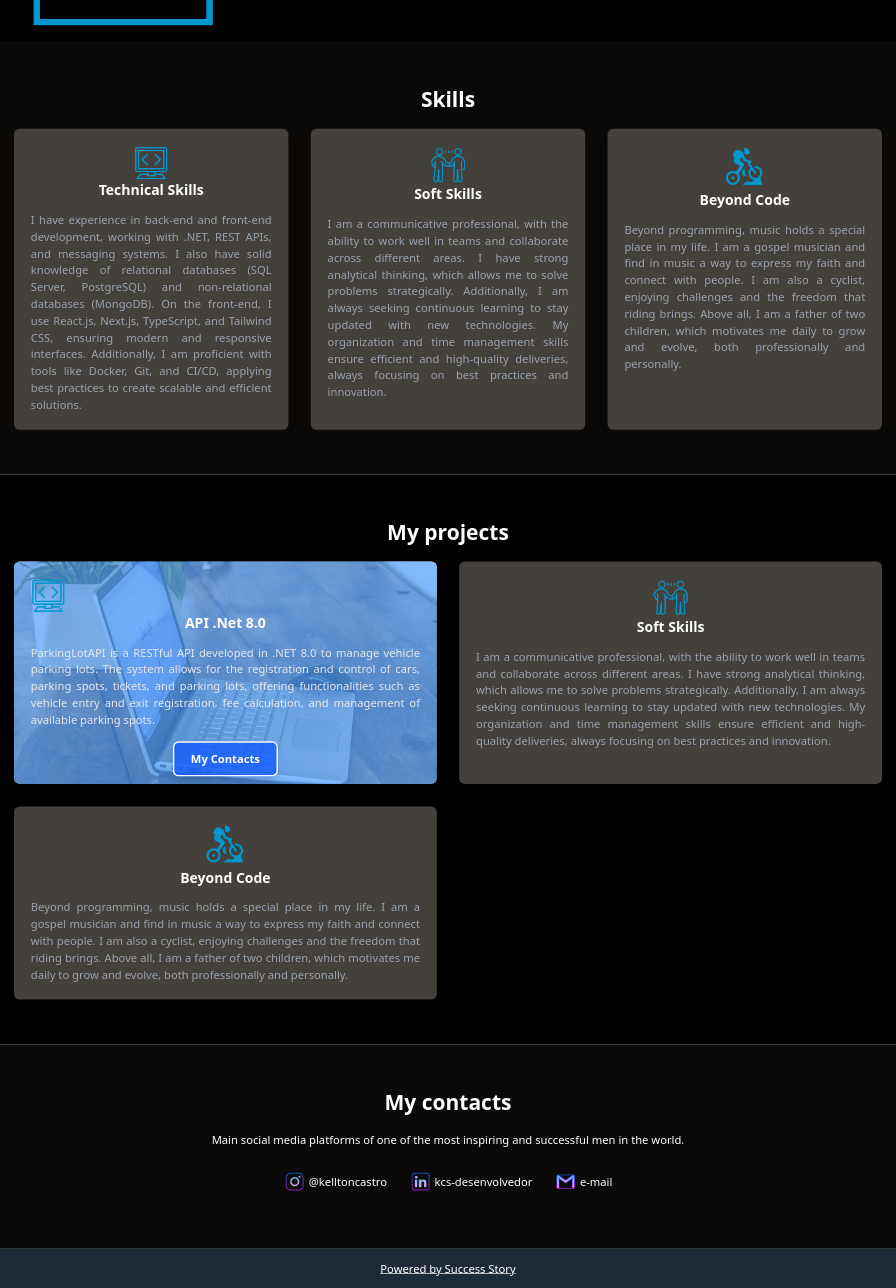
Repository: kcsdesenvolvedor/portfolio
Page: src/index.html
The author's editor kept a copy of each file at every save. The page is drawn from the files as they stood at one save, then again after the next save.
The browser window is 1280 px wide. The pictures show the part of the page from y = 910 to 2830 px (the page is 2750 px tall before and 2830 px after), at 70% of full size.

Above is the page before, as saved 2025-03-04 16:27:06.
Console error: TypeError: Cannot read properties of null (reading 'textContent')

### src/index.html
<!DOCTYPE html>
<html lang="en">
<head>
    <meta charset="UTF-8">
    <meta name="viewport" content="width=device-width, initial-scale=1.0">
    <link rel="icon" href="./img/favicon.png" type="image/x-icon">
    <link href="./output.css" rel="stylesheet">
    <title>Mansour-Page</title>
    <style>
        .typing-container {
        font-family: 'Courier New', monospace;
        font-size: 24px;
        color: #333;
        white-space: nowrap;
        overflow: hidden;
        border-right: 2px solid black;
        display: inline-block;
        animation: blink-caret 0.7s step-end infinite;
        }

        #typing-text {
            height: 40px;
        }

        @keyframes blink-caret {
        from, to {
            border-color: transparent;
        }
        50% {
            border-color: black;
        }
        }


        @keyframes fadeIn {
            from {
                opacity: 0;
                transform: translateY(20px);
            }
            to {
                opacity: 1;
                transform: translateY(0);
            }
        }

        .fade-in {
            animation: fadeIn 1s ease-in-out;
        }
    </style>
</head>
<body class="bg-gray-100 font-sans">
    <header>
        <nav class="fixed top-0 z-50 w-full px-4 py-4 flex justify-between items-center bg-stone-950">
            <a class="text-3xl font-bold leading-none" href="#">
                <img class="w-16" src="./img/logo.png" alt="">
            </a>
            <div class="lg:hidden">
                <button class="navbar-burger flex items-center text-blue-600 p-3">
                    <svg class="block h-4 w-4 fill-current" viewBox="0 0 20 20" xmlns="http://www.w3.org/2000/svg">
                        <title>Mobile menu</title>
                        <path d="M0 3h20v2H0V3zm0 6h20v2H0V9zm0 6h20v2H0v-2z"></path>
                    </svg>
                </button>
            </div>
            <ul class="hidden absolute top-1/2 left-1/2 transform -translate-y-1/2 -translate-x-1/2 lg:mx-auto lg:flex lg:items-center lg:w-auto lg:space-x-20">
                <li><a class="text-sm text-blue-600/80 dark:text-sky-400/80 hover:text-white" href="#home">Home</a></li>
                <li><a class="text-sm text-blue-600/80 dark:text-sky-400/80 hover:text-white" href="#about">About Me</a></li>
                <li><a class="text-sm text-blue-600/80 dark:text-sky-400/80 hover:text-white" href="#achievements">Achievements</a></li>
                <li><a class="text-sm text-blue-600/80 dark:text-sky-400/80 hover:text-white" href="#contact">My Contacts</a></li>
            </ul>
        </nav>
        <div class="navbar-menu fixed top-0 z-50 w-full hidden">
            <div class="navbar-backdrop fixed inset-0 bg-gray-800 opacity-25"></div>
            <nav class="fixed top-0 left-0 bottom-0 flex flex-col w-5/6 max-w-sm py-6 px-6 bg-white border-r overflow-y-auto">
                <div class="flex items-center mb-8">
                    <a class="mr-auto text-3xl font-bold leading-none" href="#">
                        <img class="w-16" src="./img/logo.png" alt="">
                    </a>
                    <button class="navbar-close">
                        <svg class="h-6 w-6 text-gray-400 cursor-pointer hover:text-gray-500" xmlns="http://www.w3.org/2000/svg" fill="none" viewBox="0 0 24 24" stroke="currentColor">
                            <path stroke-linecap="round" stroke-linejoin="round" stroke-width="2" d="M6 18L18 6M6 6l12 12"></path>
                        </svg>
                    </button>
                </div>
                <div>
                    <ul>
                        <li class="mb-1">
                            <a class="navbar-itemMenu block p-4 text-sm font-semibold text-gray-400 hover:bg-blue-50 hover:text-blue-600 rounded" href="#home">Home</a>
                        </li>
                        <li class="mb-1">
                            <a class="navbar-itemMenu block p-4 text-sm font-semibold text-gray-400 hover:bg-blue-50 hover:text-blue-600 rounded" href="#about">About Me</a>
                        </li>
                        <li class="mb-1">
                            <a class="navbar-itemMenu block p-4 text-sm font-semibold text-gray-400 hover:bg-blue-50 hover:text-blue-600 rounded" href="#achievements">Achievements</a>
                        </li>
                        <li class="mb-1">
                            <a class="navbar-itemMenu block p-4 text-sm font-semibold text-gray-400 hover:bg-blue-50 hover:text-blue-600 rounded" href="#contact">My Contacts</a>
                        </li>
                        <li>
                            <div class="border-t-2">
                                <a class="navbar-itemMenu block p-4 text-sm font-semibold text-gray-400 hover:bg-blue-50 hover:text-blue-600 rounded" href="https://kcode2025.github.io/sucess-history" target="_blank">Success Story</a>
                            </div>
                        </li>
                    </ul>
                </div>
                <div class="mt-auto">

                    <a href="https://kcode2025.github.io/sucess-history" target="_blank">
                        <p class="my-4 text-xs text-center text-gray-400">
                            Powered by Success Story
                        </p>
                    </a>
                </div>
            </nav>
        </div>
    </header>


    <!-- Home Section -->
    <section id="home" class="flex flex-col-reverse lg:flex-row lg:justify-around justify-between bg-stone-950 text-white text-center pt-20 lg:pb-0 pb-5 px-10 fade-in">
        <!-- Div do texto -->
        <div class="self-center w-full flex items-center justify-center">
            <div class="flex flex-col lg:w-2/4"> <!-- Ajuste essa div para ocupar 100% da largura -->
                <p class="text-md text-left">
                    Hello!
                </p>
                <p class="text-3xl text-blue-600/80 dark:text-sky-400/80 text-left font-semibold">
                    I´m Kellton Castro
                </p>
                <p class="text-lg text-gray-400 text-left font-semibold mb-2">
                    Freelance developer & Web Designer
                </p>
                <p class="text-xs text-gray-400 text-left font-semibold mb-8">
                    Welcome to my portfolio! Here you will find some of the projects I have developed throughout my journey as a developer and freelancer.
                </p>
                <a href="#contact" class="bg-blue-600/80 dark:bg-sky-400/80 text-white font-bold w-2/4 py-3 px-6 border-2 rounded-lg shadow-lg hover:bg-black hover:text-blue-600/80 hover:dark:text-sky-400/80 hover:border-blue-600/80 hover:dark:border-sky-400/80 hover:border-2 transition delay-150 duration-300 ease-in-out">
                    My Contacts
                </a>
            </div>
        </div>

        <!-- Div da imagem -->
        <div class="flex justify-center lg:justify-end lg:w-2/4">
            <img class="min-w-2/4 object-contain" src="./img/perfil-portfolio2.png">
        </div>
    </section>

    <!-- Sobre -->
    <section id="about" class="flex flex-col lg:flex-row items-center justify-center space-y-10 lg:space-y-0 lg:space-x-20 py-16 bg-black border-r-gray-900 fade-in">
        <div class="relative flex justify-center">
            <!-- Moldura (posição de fundo) -->
            <img src="./img/moldura.png" class="w-3xs h-3xs absolute -left-5 top-5 lg:-left-10 lg:top-10" alt="moldura do perfil">

            <!-- Imagem de perfil (fica por cima) -->
            <img src="./img/perfil-portfolio1.png" class="w-3xs h-3xs relative z-10" alt="meu perfil">
        </div>
        <div class="px-5 w-full lg:w-3xl text-center lg:text-left">
            <h3 class="text-3xl text-white font-bold mb-2">About me</h3>
            <div class="w-20 h-0.5 bg-blue-600/80 dark:bg-sky-400/80 mb-3 mx-auto lg:mx-0"></div>
            <p class="text-gray-400 text-left w-full mb-8">
                I am a developer with 4 years of experience, working both in the corporate market and as a freelancer. Graduated in Systems Analysis and Development, I have experience in back-end and front-end development, contributing to the creation of efficient and scalable solutions. My approach involves continuous learning, always striving to keep up with new technologies and industry trends. I have a strong commitment to code quality, usability, and performance, ensuring that each delivered project adds value and innovation.
            </p>
            <div class="flex flex-col lg:flex-row w-full lg:w-2/4 gap-4">
                <a href="#contact" class="bg-blue-600/80 dark:bg-sky-400/80 text-center text-white font-bold w-full lg:w-2/4 py-3 px-6 border-2 rounded-lg shadow-lg hover:bg-black hover:text-blue-600/80 hover:dark:text-sky-400/80 hover:border-blue-600/80 hover:dark:border-sky-400/80 hover:border-2 transition delay-150 duration-300 ease-in-out">
                    My Contacts
                </a>
                <a href="#contact" class="bg-black text-center border-blue-600/80 dark:border-sky-400/80 text-blue-600/80 dark:text-sky-400/80 font-bold w-full lg:w-2/4 py-3 px-6 border-2 rounded-lg shadow-lg hover:text-white hover:border-white hover:border-2 transition delay-150 duration-300 ease-in-out">
                    Download CV
                </a>
            </div>
        </div>
    </section>



    <!-- Skills -->
    <section id="achievements" class="py-16 bg-stone-950 fade-in">
        <div class="container mx-auto text-center">
            <h3 class="text-3xl text-white font-bold mb-6">Skills</h3>
            <div class="px-5 grid grid-cols-1 md:grid-cols-3 gap-8">
                <div class="flex flex-col items-center bg-stone-700 p-6 rounded-lg shadow-lg transition delay-150 duration-300 transform hover:scale-105 hover:shadow-xl">
                    <img src="./img/hard-skills.png" alt="image hard skills">
                    <h4 class="text-xl text-white font-bold mb-4">Technical Skills</h4>
                    <p class="text-gray-400 text-justify">I have experience in back-end and front-end development, working with .NET, REST APIs, and messaging systems. I also have solid knowledge of relational databases (SQL Server, PostgreSQL) and non-relational databases (MongoDB). On the front-end, I use React.js, Next.js, TypeScript, and Tailwind CSS, ensuring modern and responsive interfaces. Additionally, I am proficient with tools like Docker, Git, and CI/CD, applying best practices to create scalable and efficient solutions.</p>
                </div>
                <div class="flex flex-col items-center bg-stone-700 p-6 rounded-lg shadow-lg transition delay-150 duration-300 transform hover:scale-105 hover:shadow-xl">
                    <img src="./img/soft-skills.png" class="h-14" alt="image soft skills">
                    <h4 class="text-xl text-white font-bold mb-4">Soft Skills</h4>
                    <p class="text-gray-400 text-justify">I am a communicative professional, with the ability to work well in teams and collaborate across different areas. I have strong analytical thinking, which allows me to solve problems strategically. Additionally, I am always seeking continuous learning to stay updated with new technologies. My organization and time management skills ensure efficient and high-quality deliveries, always focusing on best practices and innovation.</p>
                </div>
                <div class="flex flex-col items-center bg-stone-700 p-6 rounded-lg shadow-lg transition delay-150 duration-300 transform hover:scale-105 hover:shadow-xl">
                    <img src="./img/beyond-code.png" alt="imagem de beyond code">
                    <h4 class="text-xl text-white font-bold mb-4">Beyond Code</h4>
                    <p class="text-gray-400 text-justify">Beyond programming, music holds a special place in my life. I am a gospel musician and find in music a way to express my faith and connect with people. I am also a cyclist, enjoying challenges and the freedom that riding brings. Above all, I am a father of two children, which motivates me daily to grow and evolve, both professionally and personally.</p>
                </div>
            </div>
        </div>
    </section>

    <!-- Projetos -->
    <section id="achievements" class="py-16 bg-black fade-in">
        <div class="container mx-auto text-center">
            <h3 class="text-3xl text-white font-bold mb-6">My projects</h3>
            <div class="px-5 grid grid-cols-1 md:grid-cols-2 gap-8">
                <div class="relative flex flex-col items-center bg-stone-700 p-6 rounded-lg shadow-lg
                bg-[url('./img/homeoffice.jpg')] bg-cover bg-center">
                    <div class="absolute inset-0 bg-blue-400/70 rounded-lg"></div>
                    <div class="relative z-10">
                        <img src="./img/hard-skills.png" alt="image hard skills">
                        <h4 class="text-xl text-white font-bold mb-4">API .Net 8.0</h4>
                        <p class="text-gray-200 text-justify">ParkingLotAPI is a RESTful API developed in .NET 8.0 to manage vehicle parking lots. The system allows for the registration and control of cars, parking spots, tickets, and parking lots, offering functionalities such as vehicle entry and exit registration, fee calculation, and management of available parking spots.</p>
                        <div class="mt-8">
                            <a href="#contact" class="bg-blue-600/80 dark:bg-sky-400/80 text-center text-white font-bold w-full lg:w-2/4 py-3 px-6 border-2 rounded-lg shadow-lg hover:bg-black hover:text-blue-600/80 hover:dark:text-sky-400/80 hover:border-blue-600/80 hover:dark:border-sky-400/80 hover:border-2 transition delay-150 duration-300 ease-in-out">
                                My Contacts
                            </a>
                        </div>
                    </div>
                </div>
                <div class="flex flex-col items-center bg-stone-700 p-6 rounded-lg shadow-lg">
                    <img src="./img/soft-skills.png" class="h-14" alt="image soft skills">
                    <h4 class="text-xl text-white font-bold mb-4">Soft Skills</h4>
                    <p class="text-gray-400 text-justify">I am a communicative professional, with the ability to work well in teams and collaborate across different areas. I have strong analytical thinking, which allows me to solve problems strategically. Additionally, I am always seeking continuous learning to stay updated with new technologies. My organization and time management skills ensure efficient and high-quality deliveries, always focusing on best practices and innovation.</p>
                </div>
                <div class="flex flex-col items-center bg-stone-700 p-6 rounded-lg shadow-lg">
                    <img src="./img/beyond-code.png" alt="imagem de beyond code">
                    <h4 class="text-xl text-white font-bold mb-4">Beyond Code</h4>
                    <p class="text-gray-400 text-justify">Beyond programming, music holds a special place in my life. I am a gospel musician and find in music a way to express my faith and connect with people. I am also a cyclist, enjoying challenges and the freedom that riding brings. Above all, I am a father of two children, which motivates me daily to grow and evolve, both professionally and personally.</p>
                </div>
            </div>
        </div>
    </section>

    <!-- Contato -->
    <section id="contact" class="py-16 bg-stone-950 text-white text-center fade-in">
        <div class="container mx-auto px-2">
            <h3 class="text-3xl font-bold mb-6">My contacts</h3>
            <p class="mb-8">Main social media platforms of one of the most inspiring and successful men in the world.</p>
            <form class="max-w-lg mx-auto">
                <div class="flex flex-col justify-center lg:flex-row mb-4 gap-8">
                    <a href="https://www.cityfootballgroup.com/" target="_blank">
                        <div class="flex gap-1 items-center">
                            <img class="h-8 w-8" src="./img/instagram.png" alt="imagem do instagram">
                            <p class="text-1xl">@kelltoncastro</p>
                        </div>
                    </a>
                    <a href="https://x.com/HHmansour" target="_blank">
                        <div class="flex gap-1 items-center">
                            <img class="h-8 w-8" src="./img/linkedin.png" alt="imagem do linkedin">
                            <p class="text-1xl">kcs-desenvolvedor</p>
                        </div>
                    </a>
                    <a href="https://x.com/HHmansour" target="_blank">
                        <div class="flex gap-1 items-center">
                            <img class="h-8 w-8" src="./img/gmail.png" alt="imagem do gmail">
                            <p class="text-1xl">e-mail</p>
                        </div>
                    </a>
                </div>
            </form>
        </div>
    </section>

    <!-- Footer -->
    <footer class="bg-gray-800 text-white text-center py-4">
        <a class="cursor-pointer" href="https://kcode2025.github.io/sucess-history" target="_blank"><p class="underline">Powered by Success Story</p></a>
    </footer>

    <!-- Script -->
    <script>
        // Burger menus
        document.addEventListener('DOMContentLoaded', function() {
            // open
            const burger = document.querySelectorAll('.navbar-burger');
            const menu = document.querySelectorAll('.navbar-menu');

            if (burger.length && menu.length) {
                for (var i = 0; i < burger.length; i++) {
                    burger[i].addEventListener('click', function() {
                        for (var j = 0; j < menu.length; j++) {
                            menu[j].classList.toggle('hidden');
                        }
                    });
                }
            }

            // close
            const close = document.querySelectorAll('.navbar-close');
            const backdrop = document.querySelectorAll('.navbar-backdrop');
            const itemMenu = document.querySelectorAll('.navbar-itemMenu');

            if (close.length) {
                for (var i = 0; i < close.length; i++) {
                    close[i].addEventListener('click', function() {
                        for (var j = 0; j < menu.length; j++) {
                            menu[j].classList.toggle('hidden');
                        }
                    });
                }
            }

            if (backdrop.length) {
                for (var i = 0; i < backdrop.length; i++) {
                    backdrop[i].addEventListener('click', function() {
                        for (var j = 0; j < menu.length; j++) {
                            menu[j].classList.toggle('hidden');
                        }
                    });
                }
            }

            if (itemMenu.length) {
                for (var i = 0; i < itemMenu.length; i++) {
                    itemMenu[i].addEventListener('click', function() {
                        for (var j = 0; j < menu.length; j++) {
                            menu[j].classList.toggle('hidden');
                        }
                    });
                }
            }
        });

        // animação de digitação

        const texts = [
        "Visionary Leader",
        "Sports Enthusiast",
        "City Football Group Owner",
        "Innovative Investor",
        "Philanthropist",
        "Economic Pioneer",
        "Influential Figure",
        "Strategic Thinker",
        "Cultural Advocate",
        "Inspiring Icon"
        ];

        let currentTextIndex = 0;
        let charIndex = 0;
        const typingSpeed = 100; // Velocidade de digitação (ms por caractere)
        const erasingSpeed = 50; // Velocidade de apagar
        const delayBetweenTexts = 2000; // Tempo antes de trocar para o próximo texto

        const typingElement = document.getElementById("typing-text");

        function typeText() {
        if (charIndex < texts[currentTextIndex].length) {
            typingElement.textContent += texts[currentTextIndex].charAt(charIndex);
            charIndex++;
            setTimeout(typeText, typingSpeed);
        } else {
            setTimeout(eraseText, delayBetweenTexts);
        }
        }

        function eraseText() {
        if (charIndex > 0) {
            typingElement.textContent = texts[currentTextIndex].substring(0, charIndex - 1);
            charIndex--;
            setTimeout(eraseText, erasingSpeed);
        } else {
            currentTextIndex = (currentTextIndex + 1) % texts.length;
            setTimeout(typeText, typingSpeed);
        }
        }

        // Começar a animação
        document.addEventListener("DOMContentLoaded", () => {
        setTimeout(typeText, delayBetweenTexts);
        });

        </script>
</body>
</html>

Loaded but not shown: src/output.css (3548 lines, source omitted)

After the next save:
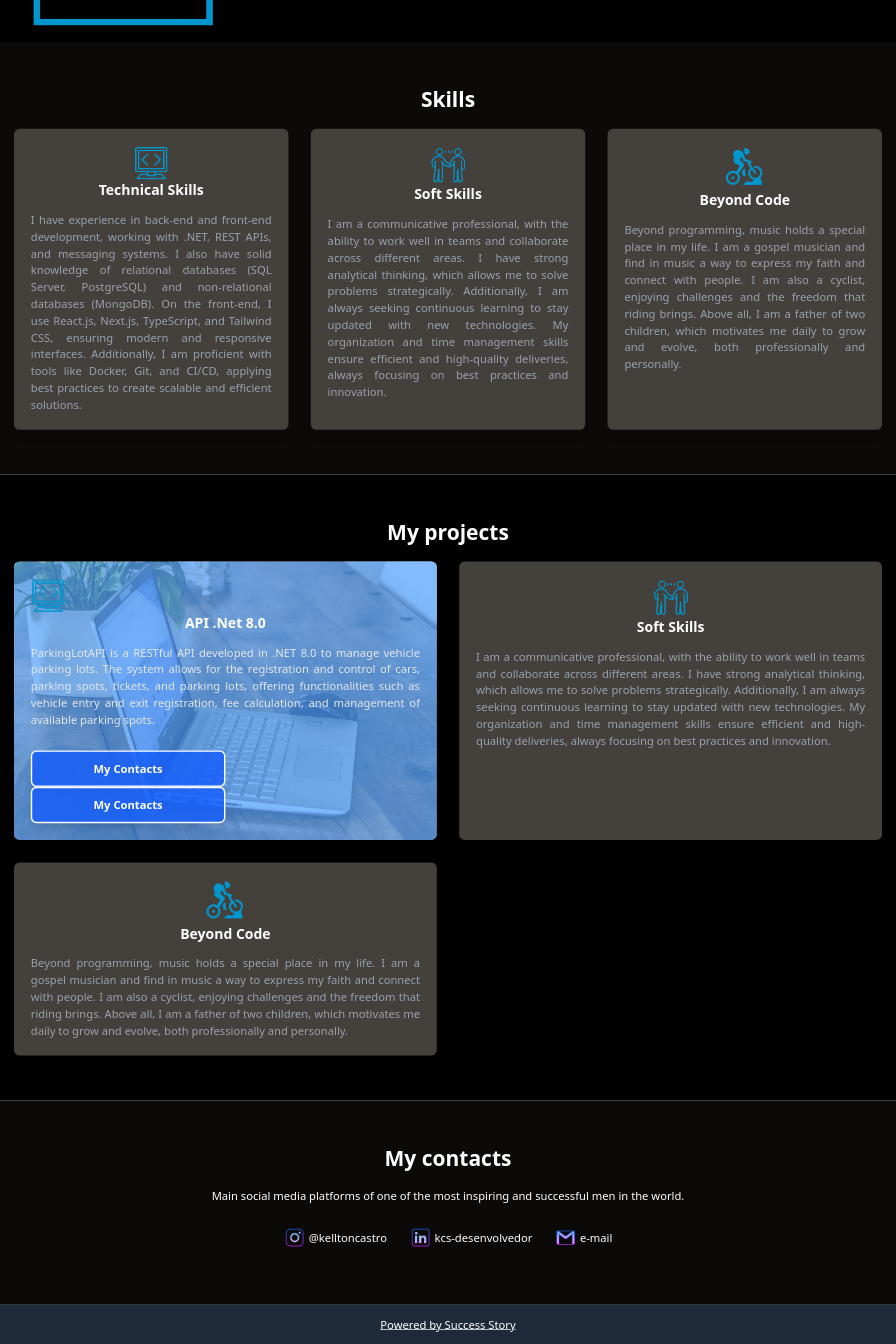
Saved 59 min 22 s later.
--- a/src/index.html
+++ b/src/index.html
@@ -209,7 +209,10 @@
                         <img src="./img/hard-skills.png" alt="image hard skills">
                         <h4 class="text-xl text-white font-bold mb-4">API .Net 8.0</h4>
                         <p class="text-gray-200 text-justify">ParkingLotAPI is a RESTful API developed in .NET 8.0 to manage vehicle parking lots. The system allows for the registration and control of cars, parking spots, tickets, and parking lots, offering functionalities such as vehicle entry and exit registration, fee calculation, and management of available parking spots.</p>
-                        <div class="mt-8">
+                        <div class="flex flex-col justify-around mt-8">
+                            <a href="#contact" class="bg-blue-600/80 dark:bg-sky-400/80 text-center text-white font-bold w-full lg:w-2/4 py-3 px-6 border-2 rounded-lg shadow-lg hover:bg-black hover:text-blue-600/80 hover:dark:text-sky-400/80 hover:border-blue-600/80 hover:dark:border-sky-400/80 hover:border-2 transition delay-150 duration-300 ease-in-out">
+                                My Contacts
+                            </a>
                             <a href="#contact" class="bg-blue-600/80 dark:bg-sky-400/80 text-center text-white font-bold w-full lg:w-2/4 py-3 px-6 border-2 rounded-lg shadow-lg hover:bg-black hover:text-blue-600/80 hover:dark:text-sky-400/80 hover:border-blue-600/80 hover:dark:border-sky-400/80 hover:border-2 transition delay-150 duration-300 ease-in-out">
                                 My Contacts
                             </a>
